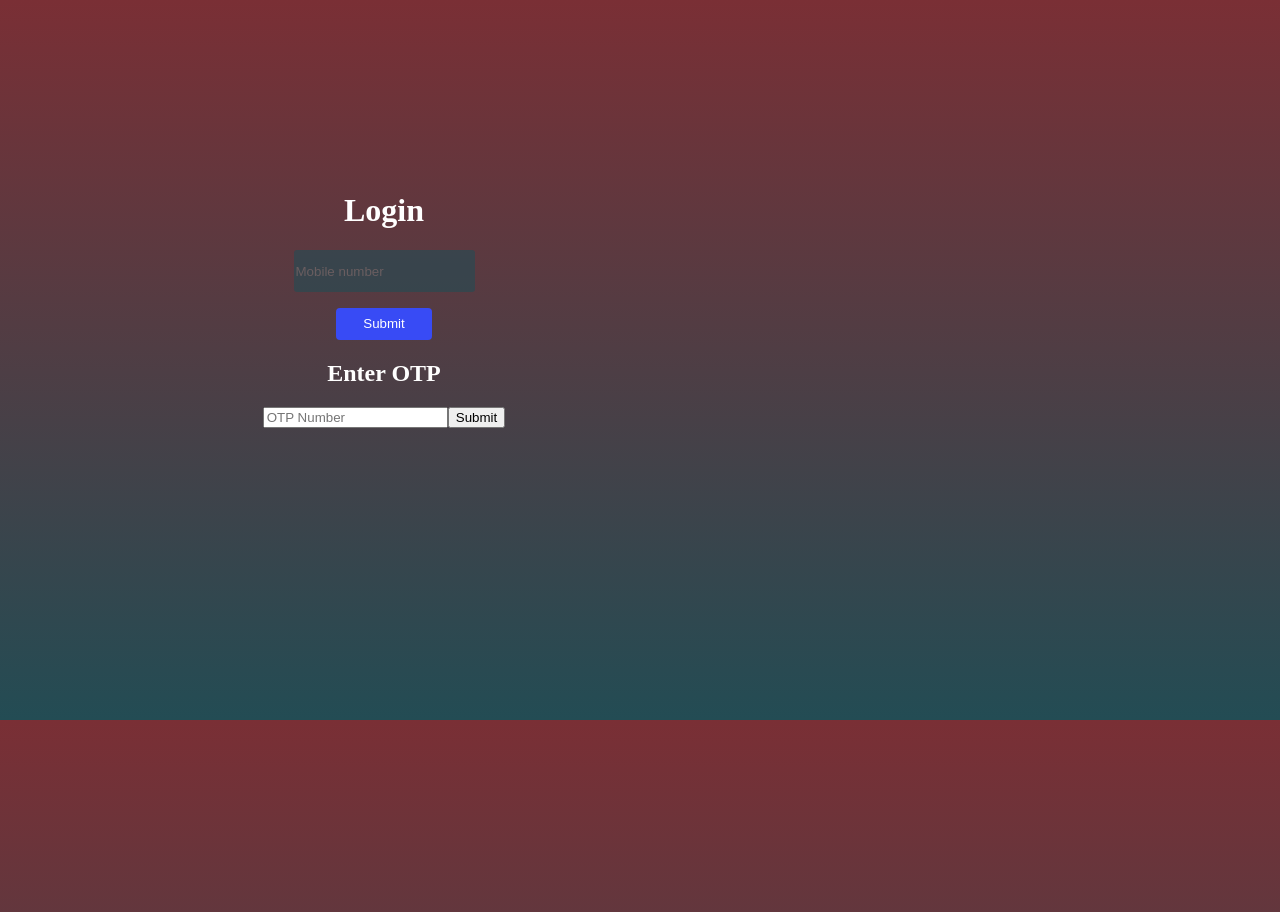
Repository: jagan607/N-Kalari
Page: /
The author's editor kept a copy of each file at every save. The page is drawn from the files as they stood at one save, then again after the next save.
The browser window is 1280 px wide. The pictures show the whole page.
The project was rebuilt for these pictures with package versions that can differ from the ones it lists, and the page was loaded fresh each time. Also part of the build but not shown: src/App.css, src/components/wallet/index.css, src/services/user.service.js, src/actions/user.action.js, src/components/wallet/Wallet.js. Imported but missing from the stored project, and not drawn on this page: src/constants/user.constants, src/reducers/rootReducer.

Above is the page before, as saved 2022-01-08 16:51:07.

### src/index.css
body,
html,
.App,
#root,
.main {
  width: 100%;
  height:100%;
  scroll-behavior: smooth;

}
body{
    margin: 0;
    padding: 0;
    text-align: center;
    background-image: linear-gradient(#7A2F35, #234C54);
  }

### src/App.js
import logo from './logo.svg';
import './App.css';
import React, { Component } from "react"
import Login from './components/Login/Login'
import {Wallet} from './components/wallet/Wallet'
import {history} from './helpers/history'
import {Router, Route, Routes } from "react-router-dom";


class App extends Component {
  constructor(props) {
    super(props);
  }

  render() {
    return(
      <div>
        <Login></Login>

        {/* <Wallet></Wallet> */}

          {/* <Route exact path="/">
          </Route> */}
          {/* <Route exact path="/wallet">
            <Wallet/>
          </Route> */}
     </div>
    );
}
}

export default App;

### src/helpers/store.js
import { createStore, applyMiddleware, compose } from "redux";
import thunkMiddleware from "redux-thunk";
import { createLogger } from "redux-logger";
import rootReducer from "./../reducers/rootReducer";


const composeEnhancers = window.__REDUX_DEVTOOLS_EXTENSION_COMPOSE__ || compose;

const loggerMiddleware = createLogger();

export const store = createStore(
  rootReducer,
  composeEnhancers(applyMiddleware(thunkMiddleware, loggerMiddleware))
);

### src/components/Login/Login.js
import { render } from "@testing-library/react";
import React, { Component } from "react"
import {Wallet} from "../wallet/Wallet";
import firebase from './../../helpers/firebase'
import {history} from './../../helpers/history'
import styles from './index.css';

class Login extends Component{
    constructor(props){
        super(props);

    }


handleChange = (e) =>{
    const {name, value } = e.target
    this.setState({
        [name]: value
      })
  }
  configureCaptcha = () =>{
    window.recaptchaVerifier = new firebase.auth.RecaptchaVerifier('sign-in-button', {
      'size': 'invisible',
      'callback': (response) => {

        this.onSignInSubmit();
        console.log("Recaptca varified")
      },
      defaultCountry: "IN"
    });
  }
  onSignInSubmit = (e) => {
    e.preventDefault()
    this.configureCaptcha()
    const phoneNumber = "+91" + this.state.mobile
    console.log(phoneNumber)
    const appVerifier = window.recaptchaVerifier;
    firebase.auth().signInWithPhoneNumber(phoneNumber, appVerifier)
        .then((confirmationResult) => {

          window.confirmationResult = confirmationResult;
          console.log("OTP has been sent")

        }).catch((error) => {

          console.log("SMS not sent")
        });
  }
  onSubmitOTP = (e) =>{
    e.preventDefault()
    const code = this.state.otp
    console.log(code)
    window.confirmationResult.confirm(code).then((result) => {
      // User signed in successfully.
      const user = result.user;
      console.log(JSON.stringify(user))
      return <Wallet></Wallet>

    }).catch((error) => {

    });
  }

render(){
    return(
        <div className="login-input-section">
        <h1 className="Login-heading">Login</h1>
        <form onSubmit={this.onSignInSubmit}>
          {/* <div id="sign-in-button" ></div> */}
          <input className="mobile-input" type="number" name="mobile" placeholder="Mobile number" required onChange={this.handleChange}/>

        </form>
        <button type="submit" className="btn-signin">Submit</button>

        <h2>Enter OTP</h2>
        <form onSubmit={this.onSubmitOTP}>
          <input type="number" name="otp" placeholder="OTP Number" required onChange={this.handleChange}/>
          <button type="submit">Submit</button>
        </form>
      </div>
    );
}

}

export default Login;

### src/helpers/firebase.js
import firebase from 'firebase/compat/app';
import 'firebase/compat/auth';

var firebaseConfig = {
    apiKey: "AIzaSyDZjLb_085wvPOTY7agukIuBDpo2tSR5GM",
    authDomain: "nkalari-8f0ee.firebaseapp.com",
    projectId: "nkalari-8f0ee",
    storageBucket: "nkalari-8f0ee.appspot.com",
    messagingSenderId: "627102137961",
    appId: "1:627102137961:web:5232a754646159907d6cf8",
    measurementId: "G-GL01VM6V4Y"
  };

firebase.initializeApp(firebaseConfig);

export default firebase;

### src/components/Login/index.css

.login-input-section{
    width: 60%;
    height: 100%;
    color: white;
    margin-top: 15%;
}

.mobile-input{
    height: 40px;
    background-color: #234C54;
    opacity: 0.6;
    border-radius: 3px;
    border :none;
}

.btn-signin{
    width: 6rem;
    height: 2rem;
    background: #384BF5;
    border-radius: 4px;
    color: white;
    border: none;
    max-width: 100%;
    margin-top: 2%;

}

Loaded but not shown: public/index.html (common file); src/index.js (common file); src/reportWebVitals.js (common file); src/helpers/history.js (common file)

After the next save:
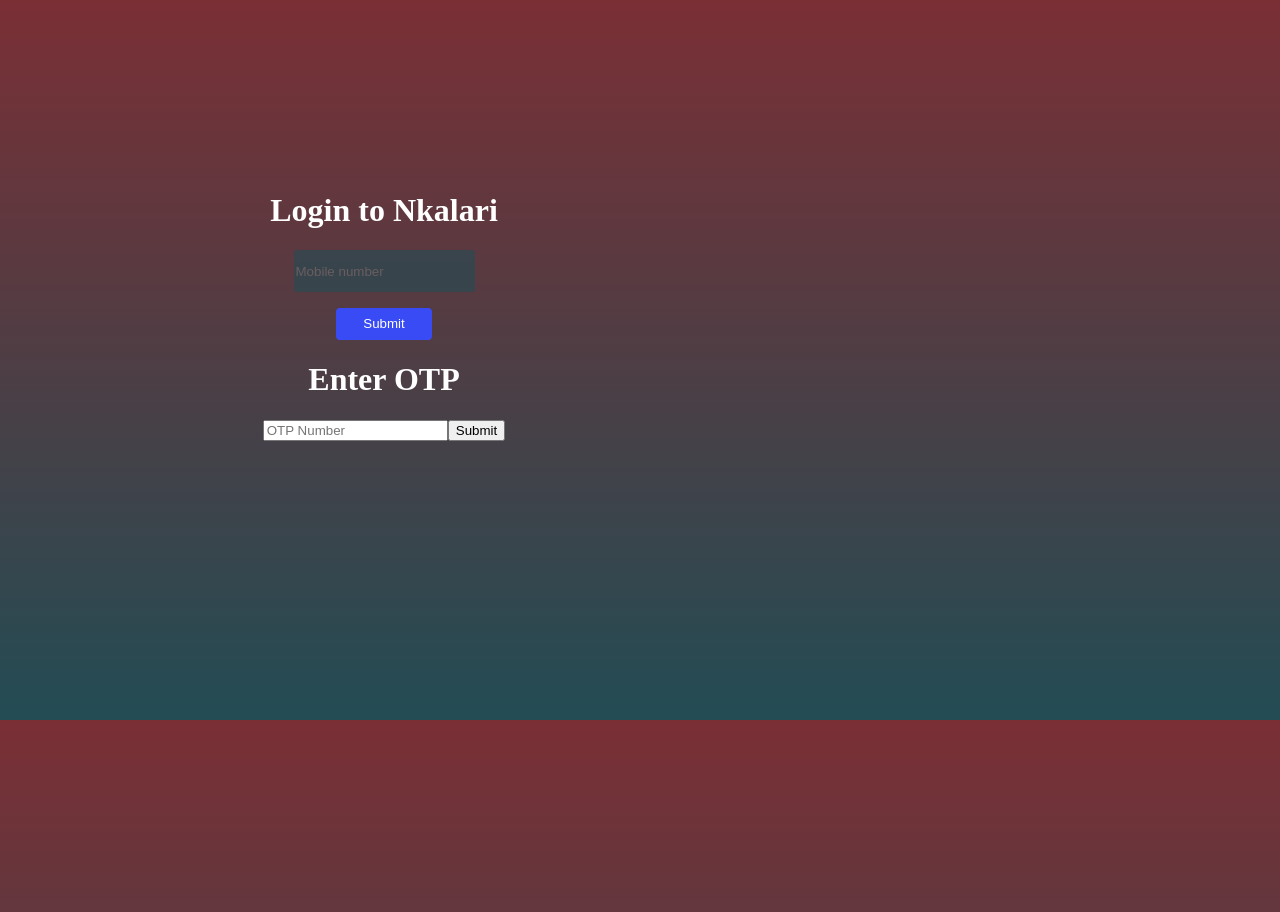
Saved 70 s later.
--- a/src/components/Login/Login.js
+++ b/src/components/Login/Login.js
@@ -64,7 +64,7 @@
 render(){
     return(
         <div className="login-input-section">
-        <h1 className="Login-heading">Login</h1>
+        <h1 className="Login-heading">Login to Nkalari</h1>
         <form onSubmit={this.onSignInSubmit}>
           {/* <div id="sign-in-button" ></div> */}
           <input className="mobile-input" type="number" name="mobile" placeholder="Mobile number" required onChange={this.handleChange}/>
@@ -72,7 +72,7 @@
         </form>
         <button type="submit" className="btn-signin">Submit</button>
 
-        <h2>Enter OTP</h2>
+        <h1>Enter OTP</h1>
         <form onSubmit={this.onSubmitOTP}>
           <input type="number" name="otp" placeholder="OTP Number" required onChange={this.handleChange}/>
           <button type="submit">Submit</button>
